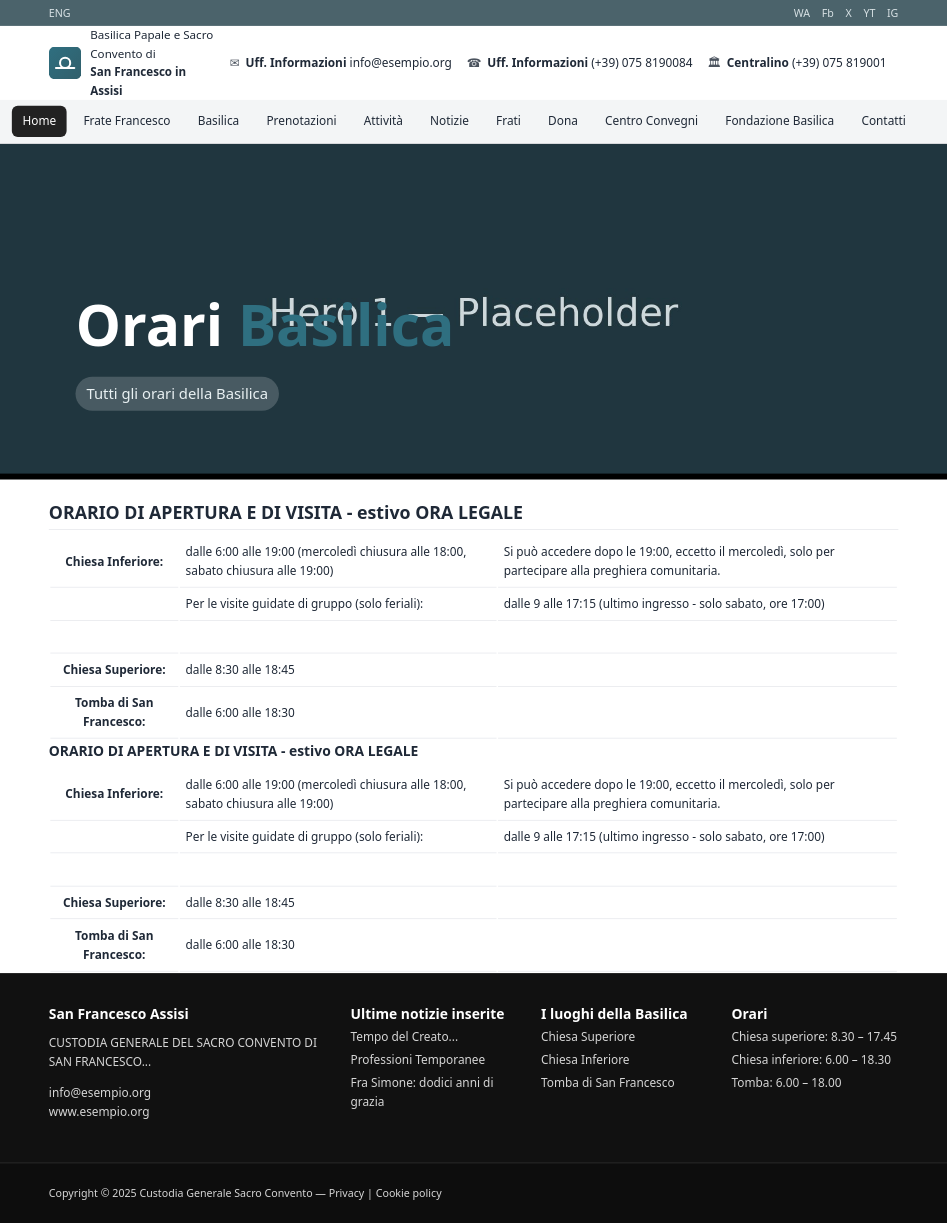
Repository: leacappello/basilica-platform-project
Page: pages/orari.html
An editor plug-in stored every save of this project. The page is shown before and after the next save, followed by the edit.
The browser window is 1280 px wide. The pictures show the whole page, at 74% of full size.

Above is the page before, as saved 2025-09-15 12:48:12.
Console error (its wording comes from the project's code and is left out).

After the next save:
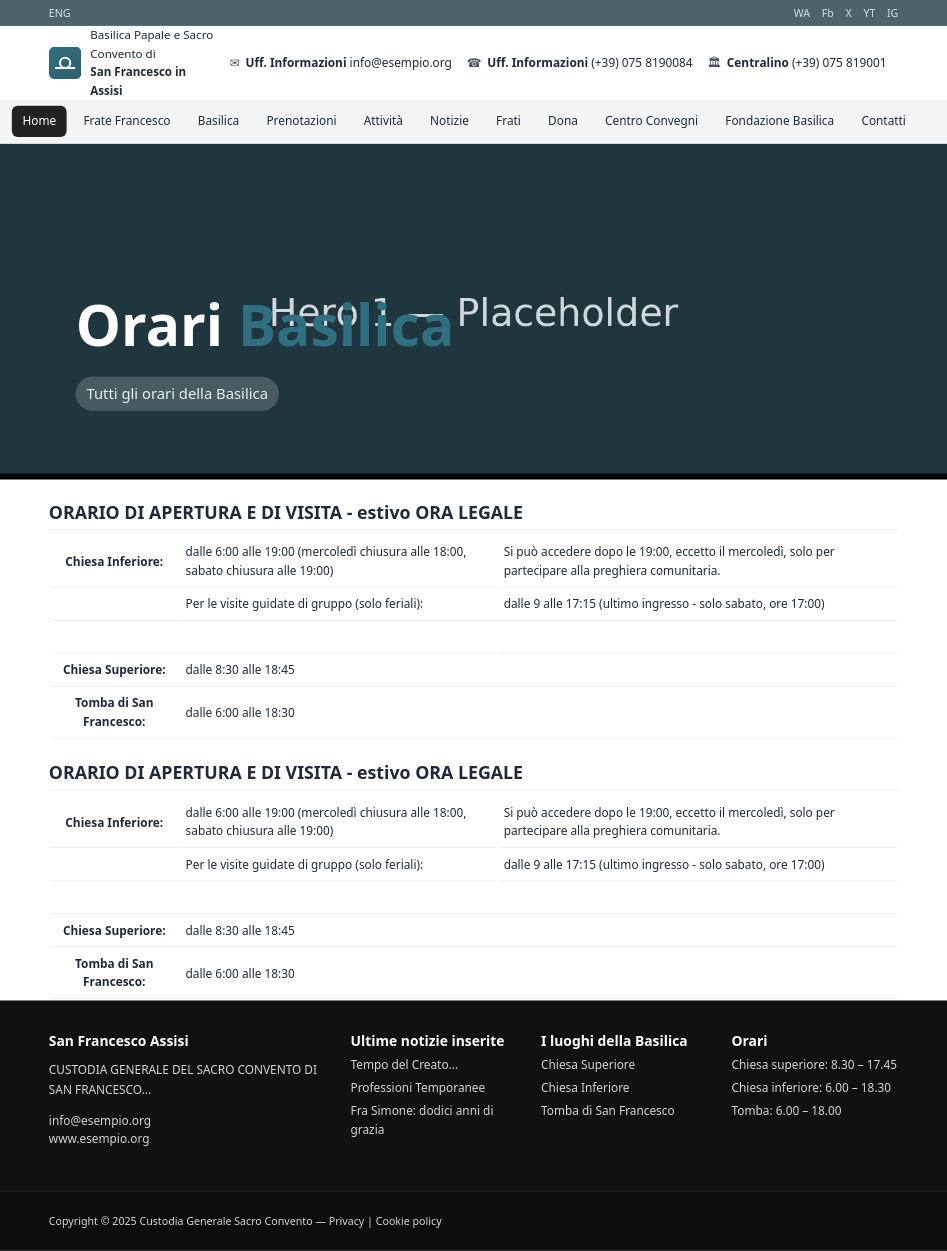
Saved 1 s later.
--- a/pages/orari.html
+++ b/pages/orari.html
@@ -198,7 +198,7 @@
                             </tbody>
                         </table>
 
-                        <h3 class=""titolo-orari">ORARIO DI APERTURA E DI VISITA - estivo ORA LEGALE</h3>
+                        <h3 class="titolo-orari">ORARIO DI APERTURA E DI VISITA - estivo ORA LEGALE</h3>
                         <table class="orari">
                             <tbody>
                                 <tr>
